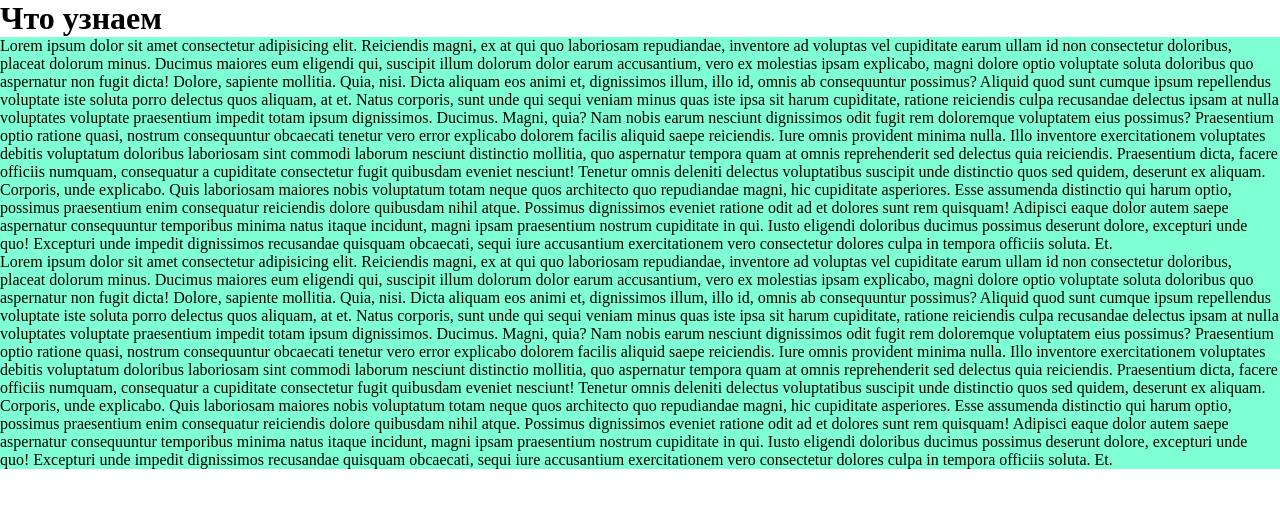
Repository: AytacSafarova/Figma--task
Page: index.html
These files come from the project's save history. The page is drawn as it stood at one moment and after the next save; the edit follows.
The browser window is 1280 px wide. The pictures show the whole page.

Above is the page before, as saved 2023-08-02 13:37:44.
Console error: ReferenceError: camelcase is not defined

### index.html
<!DOCTYPE html>
<html lang="en">

<head>
    <meta charset="UTF-8">
    <meta name="viewport" content="width=device-width, initial-scale=1.0">
    <title>Document</title>
    <link rel="stylesheet" href="./index.css">
</head>
<body>
<div class="container">
<h1>Что узнаем</h1>
<p>Lorem ipsum dolor sit amet consectetur adipisicing elit. Reiciendis magni, ex at qui quo laboriosam repudiandae, inventore ad voluptas vel cupiditate earum ullam id non consectetur doloribus, placeat dolorum minus.
Ducimus maiores eum eligendi qui, suscipit illum dolorum dolor earum accusantium, vero ex molestias ipsam explicabo, magni dolore optio voluptate soluta doloribus quo aspernatur non fugit dicta! Dolore, sapiente mollitia.
Quia, nisi. Dicta aliquam eos animi et, dignissimos illum, illo id, omnis ab consequuntur possimus? Aliquid quod sunt cumque ipsum repellendus voluptate iste soluta porro delectus quos aliquam, at et.
Natus corporis, sunt unde qui sequi veniam minus quas iste ipsa sit harum cupiditate, ratione reiciendis culpa recusandae delectus ipsam at nulla voluptates voluptate praesentium impedit totam ipsum dignissimos. Ducimus.
Magni, quia? Nam nobis earum nesciunt dignissimos odit fugit rem doloremque voluptatem eius possimus? Praesentium optio ratione quasi, nostrum consequuntur obcaecati tenetur vero error explicabo dolorem facilis aliquid saepe reiciendis.
Iure omnis provident minima nulla. Illo inventore exercitationem voluptates debitis voluptatum doloribus laboriosam sint commodi laborum nesciunt distinctio mollitia, quo aspernatur tempora quam at omnis reprehenderit sed delectus quia reiciendis.
Praesentium dicta, facere officiis numquam, consequatur a cupiditate consectetur fugit quibusdam eveniet nesciunt! Tenetur omnis deleniti delectus voluptatibus suscipit unde distinctio quos sed quidem, deserunt ex aliquam. Corporis, unde explicabo.
Quis laboriosam maiores nobis voluptatum totam neque quos architecto quo repudiandae magni, hic cupiditate asperiores. Esse assumenda distinctio qui harum optio, possimus praesentium enim consequatur reiciendis dolore quibusdam nihil atque.
Possimus dignissimos eveniet ratione odit ad et dolores sunt rem quisquam! Adipisci eaque dolor autem saepe aspernatur consequuntur temporibus minima natus itaque incidunt, magni ipsam praesentium nostrum cupiditate in qui.
Iusto eligendi doloribus ducimus possimus deserunt dolore, excepturi unde quo! Excepturi unde impedit dignissimos recusandae quisquam obcaecati, sequi iure accusantium exercitationem vero consectetur dolores culpa in tempora officiis soluta. Et.</p>
<p>Lorem ipsum dolor sit amet consectetur adipisicing elit. Reiciendis magni, ex at qui quo laboriosam repudiandae, inventore ad voluptas vel cupiditate earum ullam id non consectetur doloribus, placeat dolorum minus.
    Ducimus maiores eum eligendi qui, suscipit illum dolorum dolor earum accusantium, vero ex molestias ipsam explicabo, magni dolore optio voluptate soluta doloribus quo aspernatur non fugit dicta! Dolore, sapiente mollitia.
    Quia, nisi. Dicta aliquam eos animi et, dignissimos illum, illo id, omnis ab consequuntur possimus? Aliquid quod sunt cumque ipsum repellendus voluptate iste soluta porro delectus quos aliquam, at et.
    Natus corporis, sunt unde qui sequi veniam minus quas iste ipsa sit harum cupiditate, ratione reiciendis culpa recusandae delectus ipsam at nulla voluptates voluptate praesentium impedit totam ipsum dignissimos. Ducimus.
    Magni, quia? Nam nobis earum nesciunt dignissimos odit fugit rem doloremque voluptatem eius possimus? Praesentium optio ratione quasi, nostrum consequuntur obcaecati tenetur vero error explicabo dolorem facilis aliquid saepe reiciendis.
    Iure omnis provident minima nulla. Illo inventore exercitationem voluptates debitis voluptatum doloribus laboriosam sint commodi laborum nesciunt distinctio mollitia, quo aspernatur tempora quam at omnis reprehenderit sed delectus quia reiciendis.
    Praesentium dicta, facere officiis numquam, consequatur a cupiditate consectetur fugit quibusdam eveniet nesciunt! Tenetur omnis deleniti delectus voluptatibus suscipit unde distinctio quos sed quidem, deserunt ex aliquam. Corporis, unde explicabo.
    Quis laboriosam maiores nobis voluptatum totam neque quos architecto quo repudiandae magni, hic cupiditate asperiores. Esse assumenda distinctio qui harum optio, possimus praesentium enim consequatur reiciendis dolore quibusdam nihil atque.
    Possimus dignissimos eveniet ratione odit ad et dolores sunt rem quisquam! Adipisci eaque dolor autem saepe aspernatur consequuntur temporibus minima natus itaque incidunt, magni ipsam praesentium nostrum cupiditate in qui.
    Iusto eligendi doloribus ducimus possimus deserunt dolore, excepturi unde quo! Excepturi unde impedit dignissimos recusandae quisquam obcaecati, sequi iure accusantium exercitationem vero consectetur dolores culpa in tempora officiis soluta. Et.</p>
</div>
</body>
<script src="index.js"></script>
</html>

### index.css
*{
    margin: 0;
    padding: 0;
    box-sizing: border-box;
}
p{
    background-color: aquamarine;
}

### index.js
let a=4
a=a+2
a+=2
let userName
camelcase
// kebab case

After the next save:
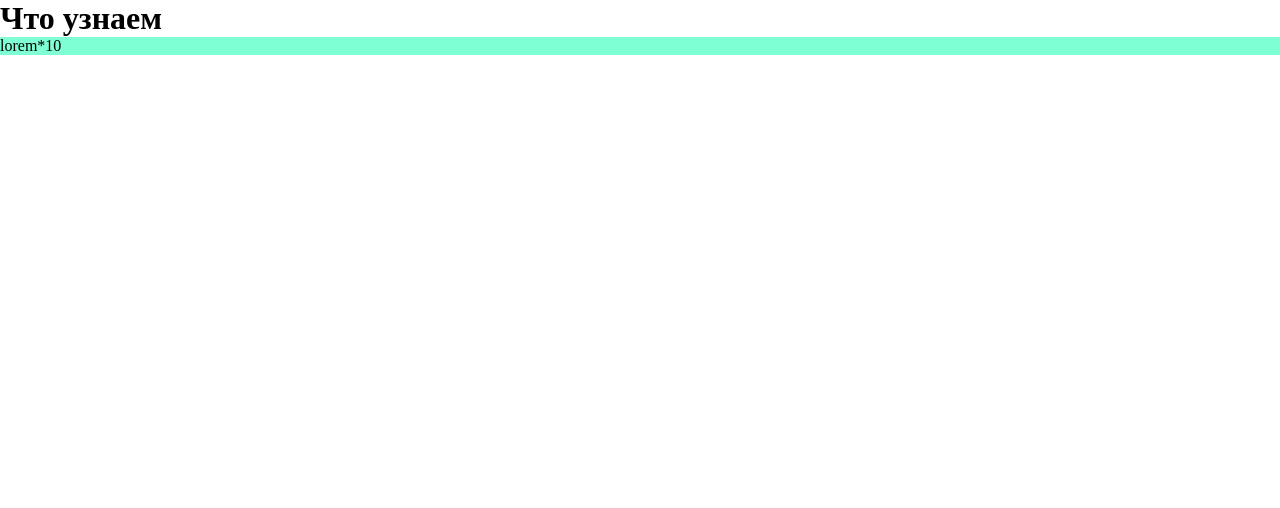
Saved 6 min 5 s later.
--- a/index.html
+++ b/index.html
@@ -10,26 +10,7 @@
 <body>
 <div class="container">
 <h1>Что узнаем</h1>
-<p>Lorem ipsum dolor sit amet consectetur adipisicing elit. Reiciendis magni, ex at qui quo laboriosam repudiandae, inventore ad voluptas vel cupiditate earum ullam id non consectetur doloribus, placeat dolorum minus.
-Ducimus maiores eum eligendi qui, suscipit illum dolorum dolor earum accusantium, vero ex molestias ipsam explicabo, magni dolore optio voluptate soluta doloribus quo aspernatur non fugit dicta! Dolore, sapiente mollitia.
-Quia, nisi. Dicta aliquam eos animi et, dignissimos illum, illo id, omnis ab consequuntur possimus? Aliquid quod sunt cumque ipsum repellendus voluptate iste soluta porro delectus quos aliquam, at et.
-Natus corporis, sunt unde qui sequi veniam minus quas iste ipsa sit harum cupiditate, ratione reiciendis culpa recusandae delectus ipsam at nulla voluptates voluptate praesentium impedit totam ipsum dignissimos. Ducimus.
-Magni, quia? Nam nobis earum nesciunt dignissimos odit fugit rem doloremque voluptatem eius possimus? Praesentium optio ratione quasi, nostrum consequuntur obcaecati tenetur vero error explicabo dolorem facilis aliquid saepe reiciendis.
-Iure omnis provident minima nulla. Illo inventore exercitationem voluptates debitis voluptatum doloribus laboriosam sint commodi laborum nesciunt distinctio mollitia, quo aspernatur tempora quam at omnis reprehenderit sed delectus quia reiciendis.
-Praesentium dicta, facere officiis numquam, consequatur a cupiditate consectetur fugit quibusdam eveniet nesciunt! Tenetur omnis deleniti delectus voluptatibus suscipit unde distinctio quos sed quidem, deserunt ex aliquam. Corporis, unde explicabo.
-Quis laboriosam maiores nobis voluptatum totam neque quos architecto quo repudiandae magni, hic cupiditate asperiores. Esse assumenda distinctio qui harum optio, possimus praesentium enim consequatur reiciendis dolore quibusdam nihil atque.
-Possimus dignissimos eveniet ratione odit ad et dolores sunt rem quisquam! Adipisci eaque dolor autem saepe aspernatur consequuntur temporibus minima natus itaque incidunt, magni ipsam praesentium nostrum cupiditate in qui.
-Iusto eligendi doloribus ducimus possimus deserunt dolore, excepturi unde quo! Excepturi unde impedit dignissimos recusandae quisquam obcaecati, sequi iure accusantium exercitationem vero consectetur dolores culpa in tempora officiis soluta. Et.</p>
-<p>Lorem ipsum dolor sit amet consectetur adipisicing elit. Reiciendis magni, ex at qui quo laboriosam repudiandae, inventore ad voluptas vel cupiditate earum ullam id non consectetur doloribus, placeat dolorum minus.
-    Ducimus maiores eum eligendi qui, suscipit illum dolorum dolor earum accusantium, vero ex molestias ipsam explicabo, magni dolore optio voluptate soluta doloribus quo aspernatur non fugit dicta! Dolore, sapiente mollitia.
-    Quia, nisi. Dicta aliquam eos animi et, dignissimos illum, illo id, omnis ab consequuntur possimus? Aliquid quod sunt cumque ipsum repellendus voluptate iste soluta porro delectus quos aliquam, at et.
-    Natus corporis, sunt unde qui sequi veniam minus quas iste ipsa sit harum cupiditate, ratione reiciendis culpa recusandae delectus ipsam at nulla voluptates voluptate praesentium impedit totam ipsum dignissimos. Ducimus.
-    Magni, quia? Nam nobis earum nesciunt dignissimos odit fugit rem doloremque voluptatem eius possimus? Praesentium optio ratione quasi, nostrum consequuntur obcaecati tenetur vero error explicabo dolorem facilis aliquid saepe reiciendis.
-    Iure omnis provident minima nulla. Illo inventore exercitationem voluptates debitis voluptatum doloribus laboriosam sint commodi laborum nesciunt distinctio mollitia, quo aspernatur tempora quam at omnis reprehenderit sed delectus quia reiciendis.
-    Praesentium dicta, facere officiis numquam, consequatur a cupiditate consectetur fugit quibusdam eveniet nesciunt! Tenetur omnis deleniti delectus voluptatibus suscipit unde distinctio quos sed quidem, deserunt ex aliquam. Corporis, unde explicabo.
-    Quis laboriosam maiores nobis voluptatum totam neque quos architecto quo repudiandae magni, hic cupiditate asperiores. Esse assumenda distinctio qui harum optio, possimus praesentium enim consequatur reiciendis dolore quibusdam nihil atque.
-    Possimus dignissimos eveniet ratione odit ad et dolores sunt rem quisquam! Adipisci eaque dolor autem saepe aspernatur consequuntur temporibus minima natus itaque incidunt, magni ipsam praesentium nostrum cupiditate in qui.
-    Iusto eligendi doloribus ducimus possimus deserunt dolore, excepturi unde quo! Excepturi unde impedit dignissimos recusandae quisquam obcaecati, sequi iure accusantium exercitationem vero consectetur dolores culpa in tempora officiis soluta. Et.</p>
+<p>lorem*10</p>
 </div>
 </body>
 <script src="index.js"></script>
